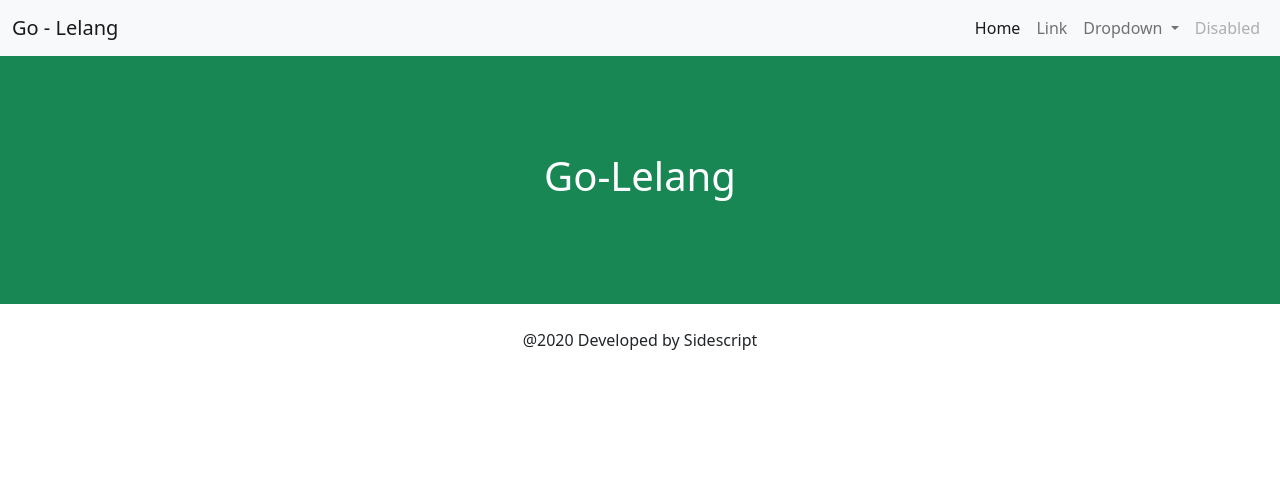
Repository: khulqu15/Go---Lelalng
Page: http://localhost/
These files come from the project's save history. The page is drawn as it stood at one moment and after the next save; the edit follows.
The browser window is 1280 px wide. The pictures show the whole page.
The page is served by the project's Laravel application, run on PHP 8.4 with Laravel 8. Other server files are loaded and not shown.

Above is the page before, as saved 2021-02-22 09:20:11.

### routes/web.php
<?php

use App\Http\Controllers\DashboardController;
use App\Http\Controllers\PageController;
use Illuminate\Support\Facades\Route;

/*
|--------------------------------------------------------------------------
| Web Routes
|--------------------------------------------------------------------------
|
| Here is where you can register web routes for your application. These
| routes are loaded by the RouteServiceProvider within a group which
| contains the "web" middleware group. Now create something great!
|
*/

Route::get('/', [PageController::class, 'home'])->name('home');
Route::get('products', [PageController::class, 'products'])->name('products');
Route::get('product/{id}', [PageController::class, 'product'])->name('product');
Route::get('contact', [PageController::class, 'contact'])->name('contact');
Route::get('login', [PageController::class, 'login'])->name('login');
Route::get('register', [PageController::class, 'register'])->name('register');

Route::group(['middleware' => ['userDashboard']], function() {
    Route::get('dashboard', [DashboardController::class, 'index'])->name('dashboard');
    Route::get('dashboard/product', [DashboardController::class, 'product'])->name('dashboard.product');
    Route::get('dashboard/user', [DashboardController::class, 'user'])->name('dashboard.user');
    Route::get('dashboard/auction', [DashboardController::class, 'auction'])->name('dashboard.auction');
});

### app/Http/Controllers/PageController.php
<?php

namespace App\Http\Controllers;

use App\Models\Product;
use Illuminate\Http\Request;

class PageController extends Controller
{
    public function home()
    {
        return view('welcome');
    }

    public function products(Request $request)
    {
        $query = Product::query();
        if($request->get('name')) {
            $products = $query->where('name', 'LIKE', '%'.$request->get('name').'%');
        }
        if($request->get('category')) {
            $products = $query->where('category_id', $request->get('category'));
        }
        $products = $query->paginate(6);
        return view('page.products', compact('products'));
    }

    public function product($id)
    {
        $product = Product::find($id);
        return view('page.product', compact('product'));
    }

    public function contact()
    {
        return view('page.contact');
    }

    public function login()
    {
        return view('auth.login');
    }

    public function register()
    {
        return view('auth.register');
    }
}

### resources/views/welcome.blade.php
@extends('layout.app')

@section('title', 'Home')

@section('content')
	<div class="container-fluid bg-success">
		<div class="row py-5">
			<div class="col-md-12 px-0 py-5 text-center">
                <h1 class="text-white font-weight-bold">Go-Lelang</h1>
			</div>
		</div>
	</div>
    <div class="container"></div>
@endsection

### resources/views/layout/app.blade.php
<!DOCTYPE html>
<html lang="en">
<head>
    <meta charset="UTF-8">
    <meta name="viewport" content="width=device-width, initial-scale=1.0">
    <meta http-equiv="X-UA-Compatible" content="ie=edge">
    <title>GO - Lelang | @yield('title')</title>

    <link rel="stylesheet" href="{{ asset('css/bootstrap.min.css') }}">
    <link rel="stylesheet" href="{{ asset('css/all.min.css') }}">
    <link rel="stylesheet" href="{{ asset('css/fontawesome.min.css') }}">

    <script src="{{ asset('js/jquery-3.5.1.min.js') }}"></script>
    <script src="{{ asset('js/bootstrap.min.js') }}"></script>
    <script src="{{ asset('js/all.min.js') }}"></script>
    <script src="{{ asset('js/fontawesome.min.js') }}"></script>

</head>
<body>

    <nav class="navbar navbar-expand-lg navbar-light bg-light">
        <div class="container-fluid">
          <a class="navbar-brand" href="#">Go - Lelang</a>
          <button class="navbar-toggler" type="button" data-bs-toggle="collapse" data-bs-target="#navbarSupportedContent" aria-controls="navbarSupportedContent" aria-expanded="false" aria-label="Toggle navigation">
            <span class="navbar-toggler-icon"></span>
          </button>
          <div class="collapse navbar-collapse" id="navbarSupportedContent">
            <ul class="navbar-nav ms-auto mb-2 mb-lg-0">
              <li class="nav-item">
                <a class="nav-link active" aria-current="page" href="#">Home</a>
              </li>
              <li class="nav-item">
                <a class="nav-link" href="#">Link</a>
              </li>
              <li class="nav-item dropdown">
                <a class="nav-link dropdown-toggle" href="#" id="navbarDropdown" role="button" data-bs-toggle="dropdown" aria-expanded="false">
                  Dropdown
                </a>
                <ul class="dropdown-menu" aria-labelledby="navbarDropdown">
                  <li><a class="dropdown-item" href="#">Action</a></li>
                  <li><a class="dropdown-item" href="#">Another action</a></li>
                  <li><hr class="dropdown-divider"></li>
                  <li><a class="dropdown-item" href="#">Something else here</a></li>
                </ul>
              </li>
              <li class="nav-item">
                <a class="nav-link disabled" href="#" tabindex="-1" aria-disabled="true">Disabled</a>
              </li>
            </ul>
          </div>
        </div>
      </nav>

    @yield('content')

    <footer class="container-fluid py-4">
        <div class="row">
            <div class="col-md-12 text-center">
                <p class="mb-0">@2020 Developed by Sidescript</p>
            </div>
        </div>
    </footer>
</body>
</html>

Loaded but not shown: app/Providers/AppServiceProvider.php (common file); app/Http/Controllers/Controller.php (common file); public/css/bootstrap.min.css (library); public/css/all.min.css (library); public/css/fontawesome.min.css (library); public/js/jquery-3.5.1.min.js (library); public/js/bootstrap.min.js (library); public/js/fontawesome.min.js (library)

After the next save:
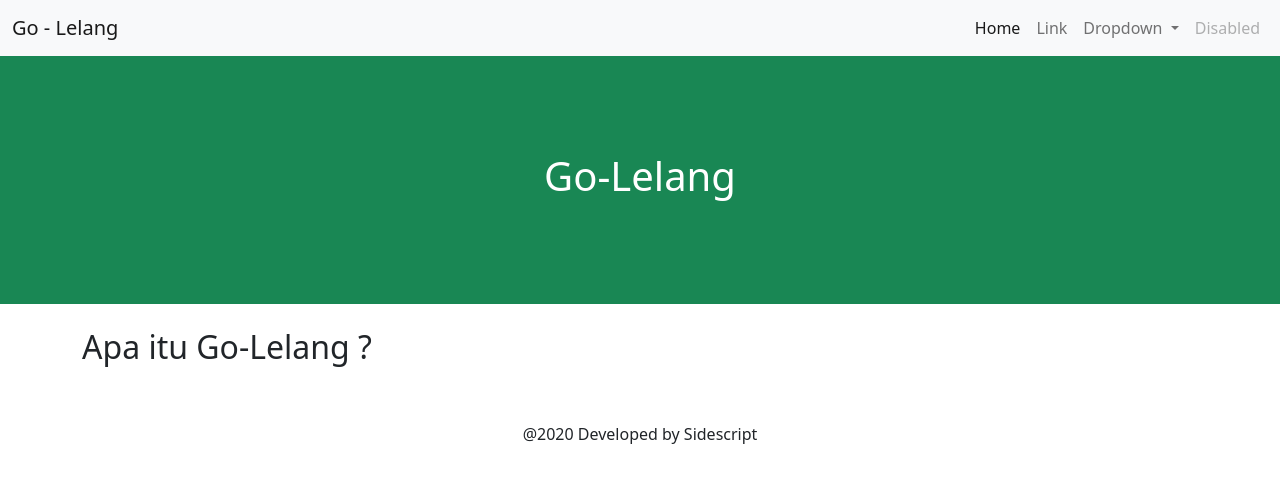
Saved 39 s later.
--- a/resources/views/welcome.blade.php
+++ b/resources/views/welcome.blade.php
@@ -10,5 +10,11 @@
 			</div>
 		</div>
 	</div>
-    <div class="container"></div>
+    <div class="container py-4">
+        <div class="row">
+            <div class="col-md-6">
+                <h2 class="font-weight-bold">Apa itu Go-Lelang ?</h2>
+            </div>
+        </div>
+    </div>
 @endsection
